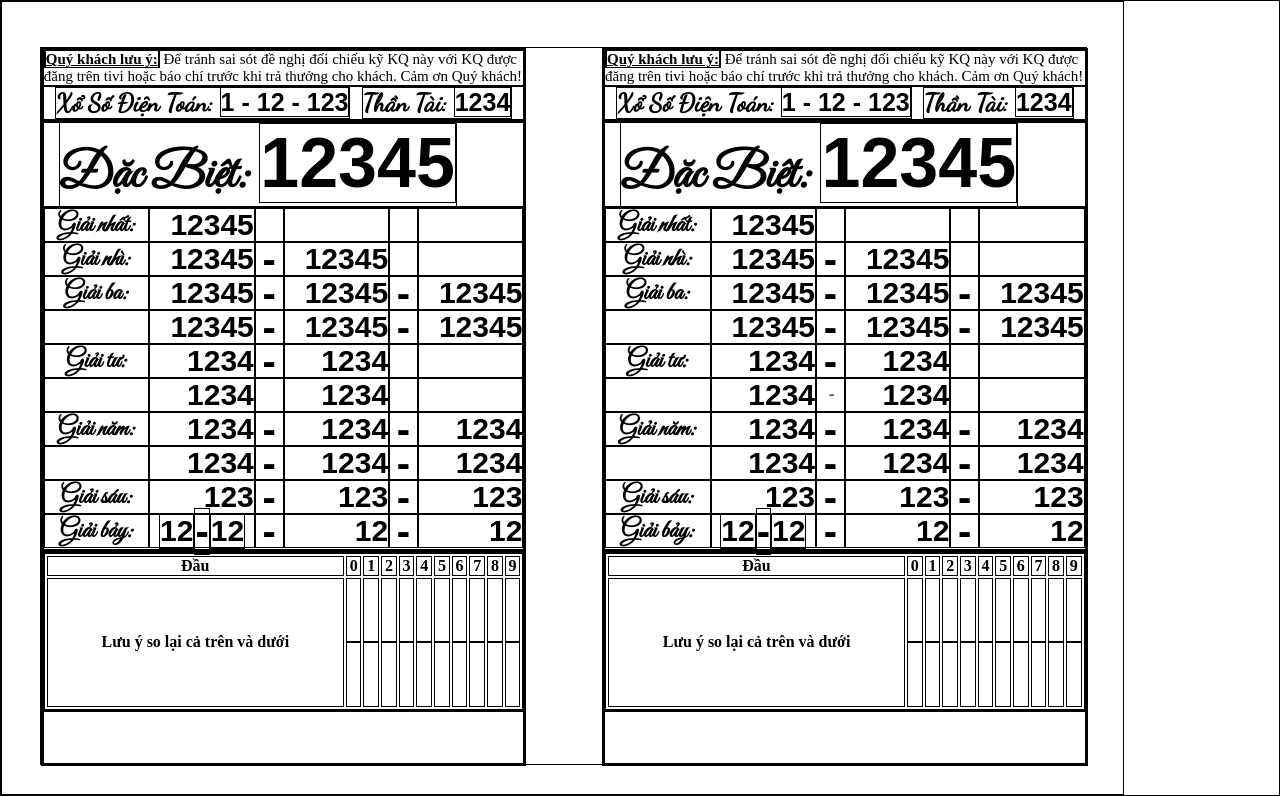
Repository: AnhDuc0125/xskt123
Page: index.html
These files come from the project's save history. The page is drawn as it stood at one moment and after the next save; the edit follows.
The browser window is 1280 px wide. The pictures show the whole page.
Some web fonts or font styles are not loaded; a fallback is used.

Above is the page before, as saved 2022-01-29 17:53:54.

After the next save:
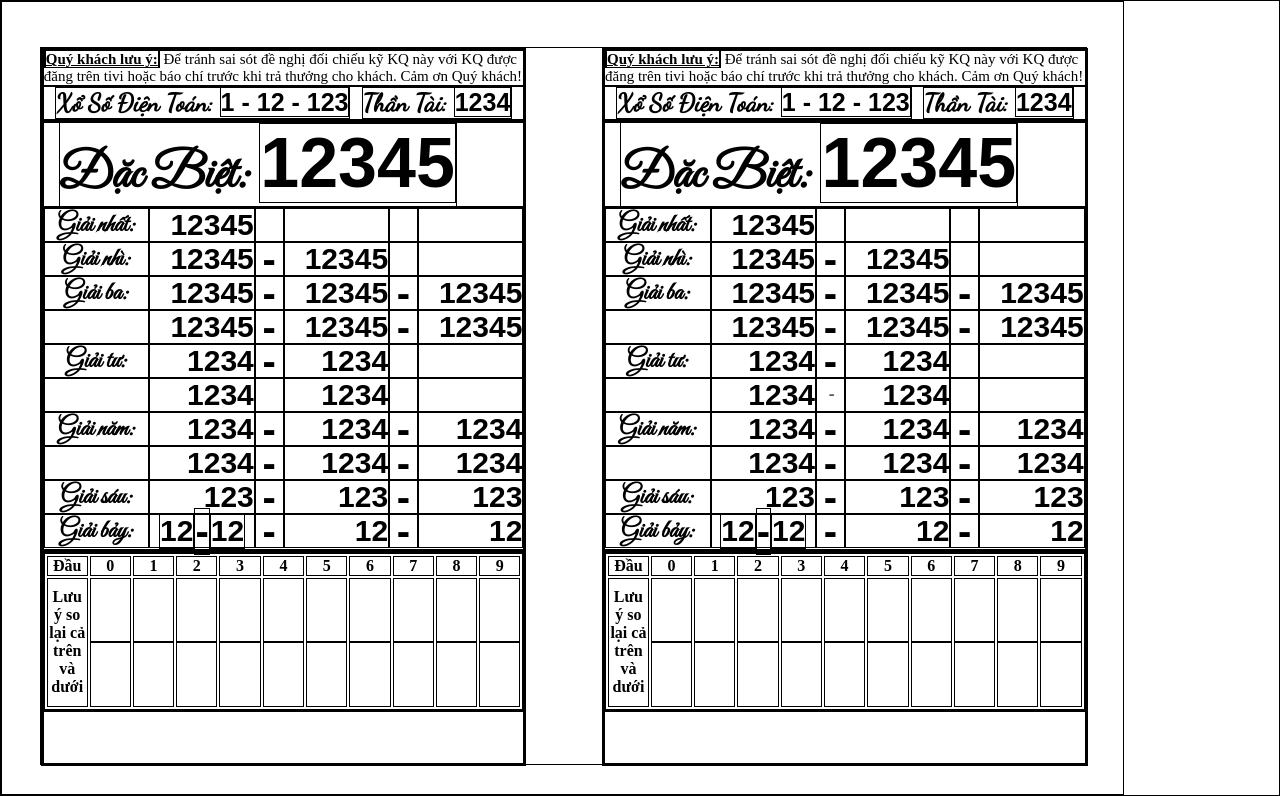
Saved 85 s later.
--- a/style.css
+++ b/style.css
@@ -128,6 +128,10 @@ body {
   height: 100%;
 }
 
+.title__table {
+  width: 9%;
+}
+
 .footer--2 {
   width: 100%;
   height: 25%;
